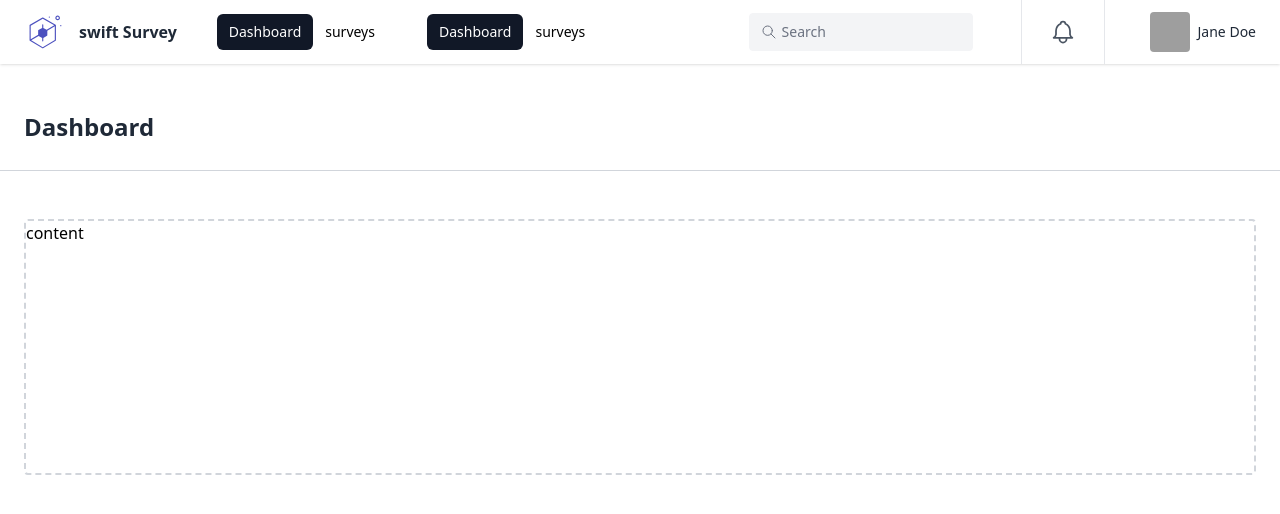
Repository: thomsontochi/swiftSurvey
Page: /dashboard (app in vue/)
These files come from the project's save history. The page is drawn as it stood at one moment and after the next save; the edit follows.
The browser window is 1280 px wide. The pictures show the whole page.
Pictures or frames that could not be fetched are drawn as grey boxes. The project was rebuilt for these pictures with package versions that can differ from the ones it lists, and the page was loaded fresh each time. Also part of the build but not shown: vue/vite.config.js, vue/src/views/Login.vue, vue/src/views/Register.vue, vue/src/views/Surveys.vue, vue/src/components/AuthLayout.vue, vue/src/components/Pages/Welcome.vue.

Above is the page before, as saved 2022-07-16 15:45:28.

After the next save:
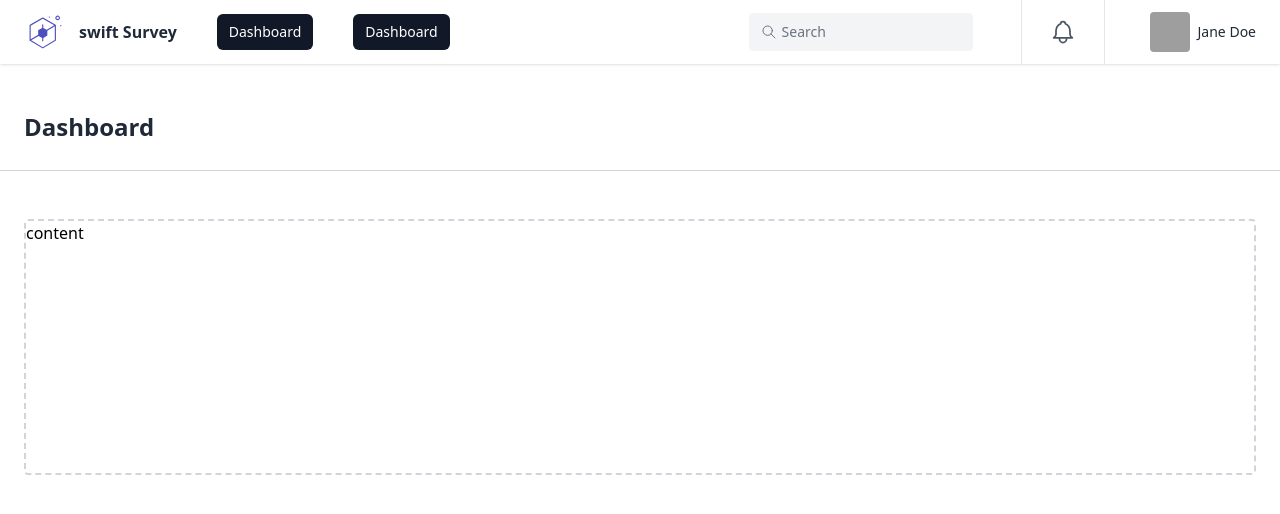
Saved 3 min 5 s later.
--- a/vue/src/components/DefaultLayout.vue
+++ b/vue/src/components/DefaultLayout.vue
@@ -187,7 +187,7 @@
 
     const navigation = [
         { name: "Dashboard", to: { path: "/Dashboard" } },
-        { name: "surveys", to: { path: "/Surveys" } }
+        // { name: "surveys", to: { path: "/Surveys" } }
         ];
 
 export default {
